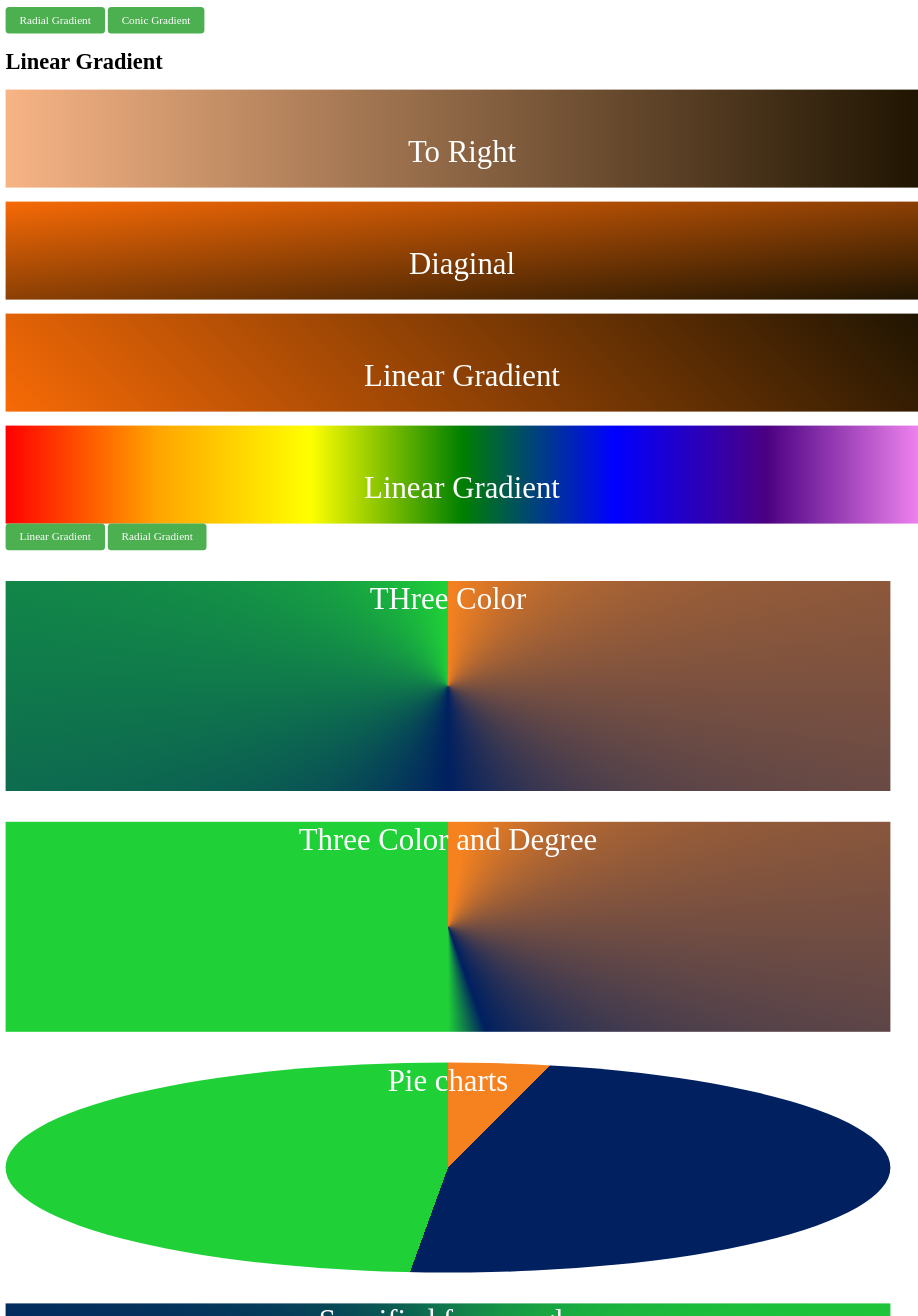
Repository: Pema-yangki/Css
Page: color.html
These files come from the project's save history. The page is drawn as it stood at one moment and after a run of saves; the edit follows.
The browser window is 1280 px wide. The page is 1312 px wide, so the pictures cover 1312 px, including what lies to the right of the window. The pictures show the part of the page from y = 4620 to 6500 px (the page is 7134 px tall), at 70% of full size.

Above is the page before, as saved 2024-03-27 10:39:20.

### color.html
<!DOCTYPE html>
<html lang="en">
<head>
    <meta charset="UTF-8">
    <meta name="viewport" content="width=device-width, initial-scale=1.0">
    <title>Document</title>
    <style>
        div{
    margin-top: 20px;
    color: white;
    text-align: center;
    font-size: 44px;
}

.linear {
    background-image: linear-gradient(to right, #f7b485, #201502);
    width: 100%;
    height: 100px;
    padding: 20px;
}
.linearleft{
    background-image: linear-gradient(to bottom right, #f76a06, #201502);
    width: 100%;
    height: 100px;
    padding: 20px;
}
.angles {
    background-image: linear-gradient(45deg, #f76a06, #201502);
    width: 100%;
    height: 100px;
    padding: 20px;
}
.multi {
    background-image: linear-gradient(to right, red, orange, yellow, green, blue, indigo, violet);
    width: 100%;
    height: 100px;
    padding: 20px;
}
.styled-link {
    display: inline-block;
    padding: 10px 20px;
    background-color: #4CAF50;
    color: white;
    text-decoration: none;
    border-radius: 5px;
    transition: background-color 0.3s ease;
}

/* Hover effect */
.styled-link:hover {
    background-color: #45a049;
}

/* .linear{
    background-image: linear-gradient(to right, #ff7e5f, #feb47b);

    /* Set some additional styles for demonstration */
    /* width: 100%;
    height: 200px;
    border-radius: 10px;
    padding: 20px;
    color: white;
    text-align: center;
    font-size: 24px;
    font-family: Arial, sans-serif;
} */

.evenlyspaced {
    background-image:radial-gradient(#f6821f,#002060,#1fd137);
    height: 600px;
}
.differentlyspaced {
    background-image: radial-gradient(#f6821f
5%,#002060 15%,#1fd137 60%);
height: 600px;

}

.normal{
    background-image:
radial-gradient(at 60%
55%,#f6821f,#002060,#1fd137);
height: 600px;
}
.closest{
    background-image:
radial-gradient(closest-side at 60%
55%,#f6821f,#002060,#1fd137);
height: 600px;
}

.farther {
    background-image:
radial-gradient(farthest-side at 60%
55%,#f6821f,#002060,#1fd137);
height: 600px;
}
.closestcorner{
    background-image:
radial-gradient(closest-corner at 60%
55%,#f6821f,#002060,#1fd137);
height: 600px;
}

.Farthercorner{
    background-image:
radial-gradient(farthest-corner at 60%
55%,#f6821f,#002060,#1fd137);
height: 600px;
}

.threecolors{
    background-image:conic-gradient(#f6821f,#002060,#1fd137);
    height: 300px;}

.threecolorswithdegree{
    background-image: conic-gradient(#f6821f
10deg,#002060 160deg,#1fd137 180deg);
height: 300px;}

.piechart{
    background-image: conic-gradient(#f6821f
0deg,#f6821f 45deg,#002060 45deg,#002060
200deg,#1fd137 200deg);
border-radius: 50%;
height: 300px;
}

.withangle{
    background-image: conic-gradient(from 90deg,
#f6821f ,#002060,#1fd137);
height: 300px;
}

.center{
    background-image: conic-gradient(at 20% 25%,
#f6821f ,#002060,#1fd137);
height: 300px;
}
    </style>
</head>
<body>
    <a href="index.html" class="styled-link">Linear Gradient</a>
    <a href="conic.html" class="styled-link">Conic Gradient</a>
    <h1>Radial Gradient</h1>
    <div class="evenlyspaced">
        <p>Evenly spaced</p>
    </div>
    <div class="differentlyspaced">
        <p>Differently spaced</p>
    </div>
    <div class="normal">
        <p>normal-side</p>
    </div>
     <div class="closest">
        <p>Closest-side</p>
    </div>
    <div class="farther">
        <p>farther-side</p>
    </div>

    <div class="closestcorner">
        <p>close corner</p>
    </div>
    <div class="Farthercorner">
        <p>far corner</p>
    </div> <br>
    <a href="radianr.html" class="styled-link">Radial Gradient</a>
    <a href="conic.html" class="styled-link">Conic Gradient</a>
    <h1>Linear Gradient</h1>
    <div class="linear">
        <p>To Right</p>
    </div>
    <div class="linearleft">
        <p>Diaginal</p>
    </div>
     <div class="angles">
        <p>Linear Gradient</p>
    </div>
    <div class="multi">
        <p>Linear Gradient</p>
    </div>

    <a href="index.html" class="styled-link">Linear Gradient</a>
    <a href="radianr.html" class="styled-link">Radial Gradient</a>
    <div class="threecolors">
        <p>THree Color</p>
    </div>
    <div class="threecolorswithdegree">
        <p>Three Color and Degree</p>
    </div>
    <div class="piechart">
        <p>Pie charts</p>
    </div>
    <div class="withangle">
        <p>Specified from angle</p>
    </div>
    <div class="center">
        <p>Specified from center</p>
    </div>

</body>
</html>

After the next 2 saves:
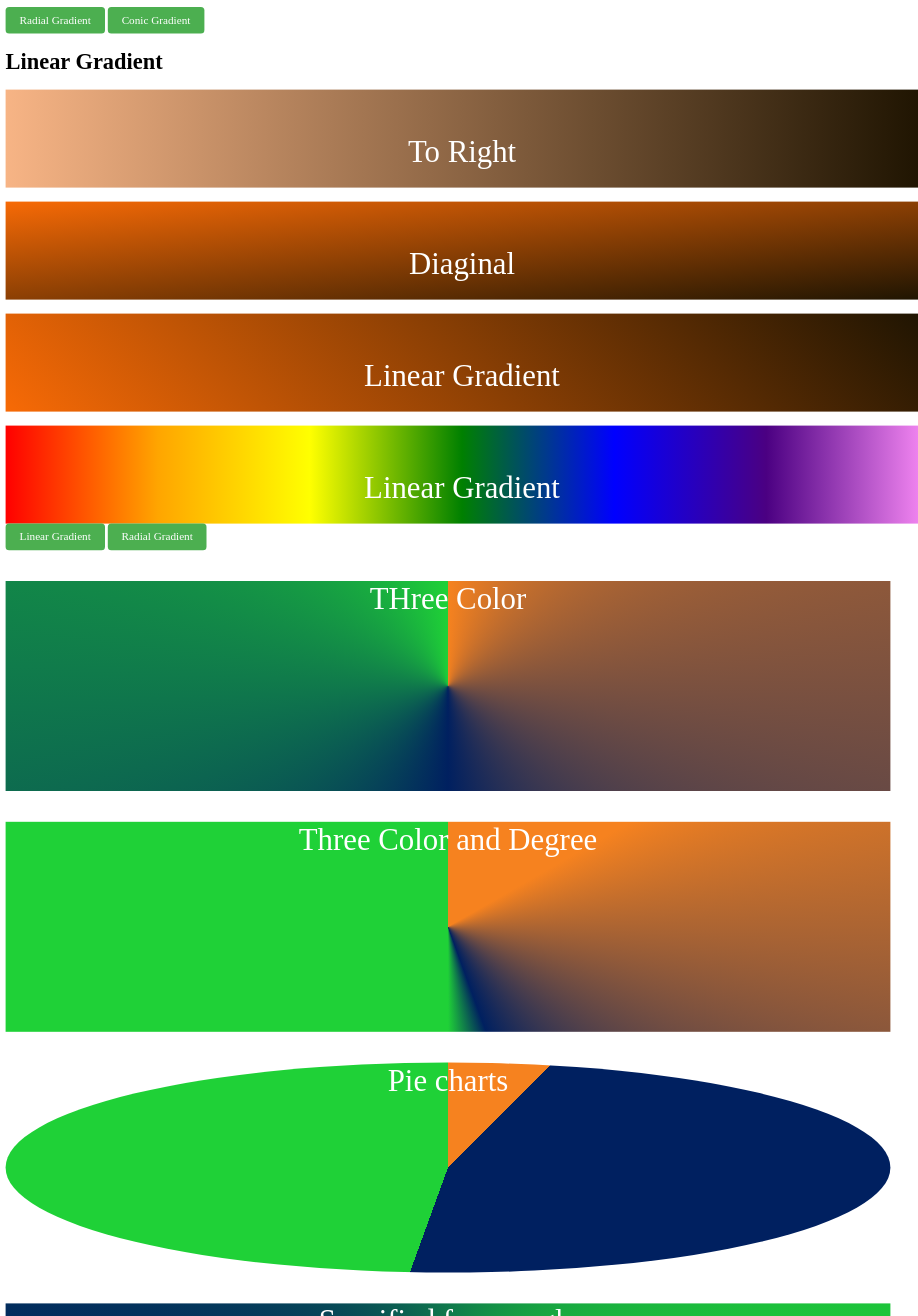
The 2 saves are shown as one change because they came seconds apart.
The last was saved 15 s later.
--- a/color.html
+++ b/color.html
@@ -115,7 +115,7 @@ height: 600px;
 
 .threecolorswithdegree{
     background-image: conic-gradient(#f6821f
-10deg,#002060 160deg,#1fd137 180deg);
+60deg,#002060 160deg,#1fd137 180deg);
 height: 300px;}
 
 .piechart{

After the save that followed:
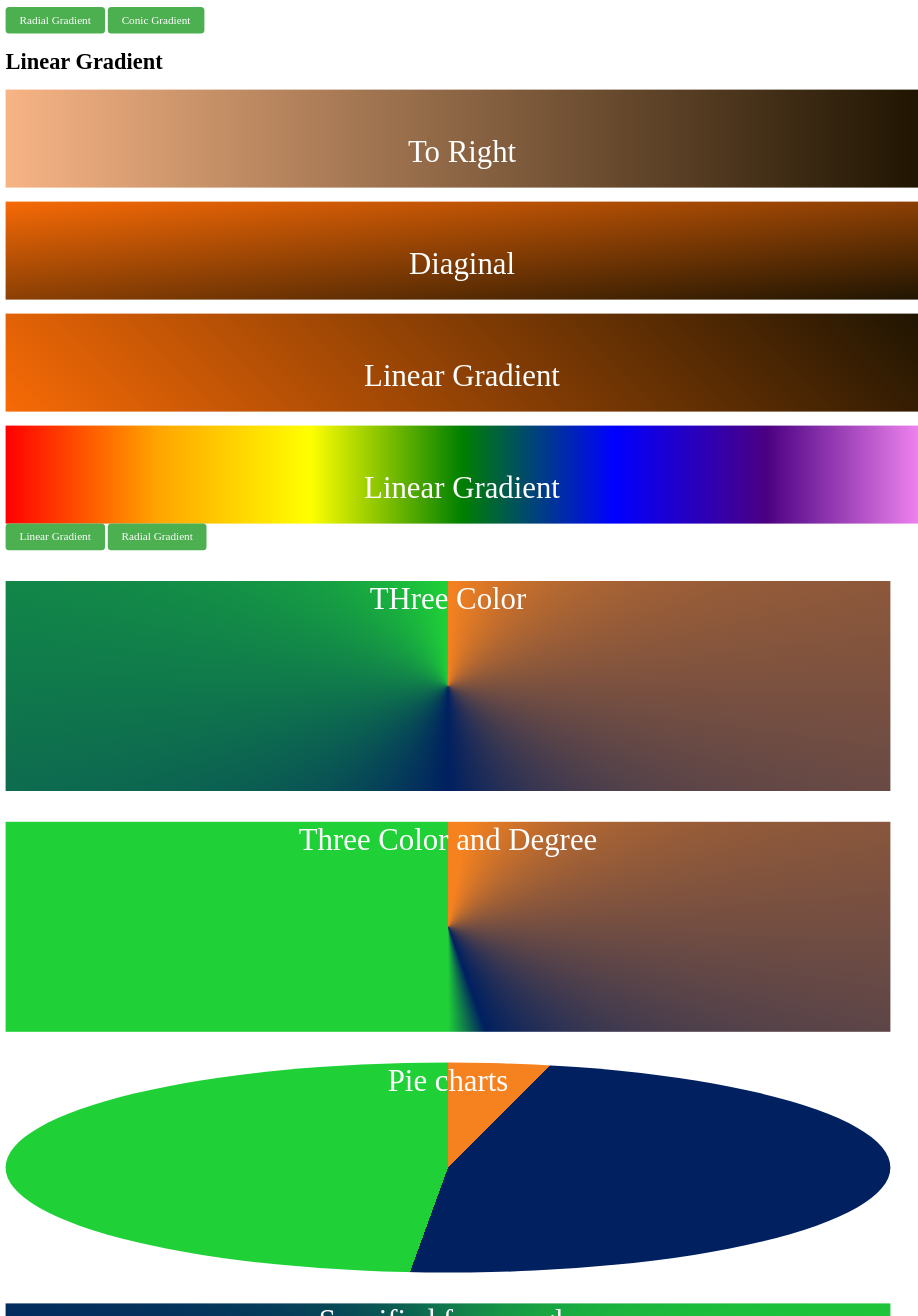
Saved 12 s later.
--- a/color.html
+++ b/color.html
@@ -115,7 +115,7 @@ height: 600px;
 
 .threecolorswithdegree{
     background-image: conic-gradient(#f6821f
-60deg,#002060 160deg,#1fd137 180deg);
+10deg,#002060 160deg,#1fd137 180deg);
 height: 300px;}
 
 .piechart{
